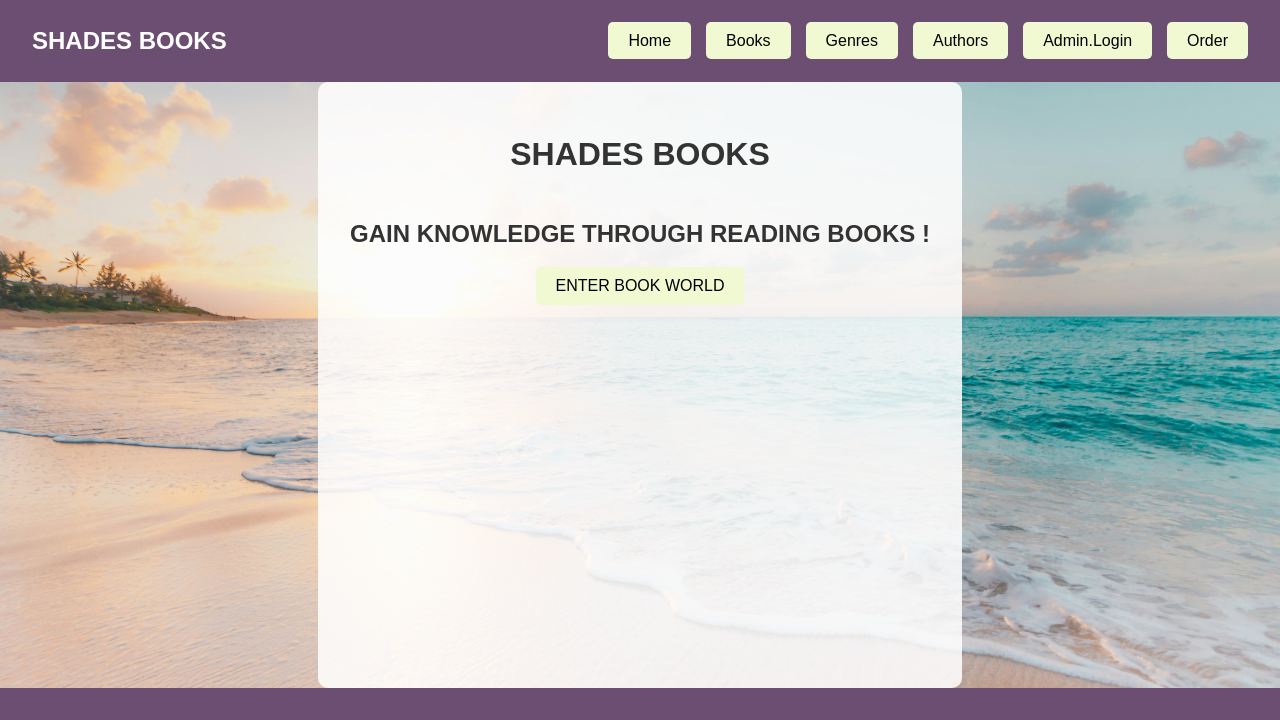
Repository: Harishsuresh-kumar/Library-Web
Page: WORK SITE/User.html
The author's editor kept a copy of each file at every save. The page is drawn from the files as they stood at one save, then again after a run of saves.
The browser window is 1280 px wide. The pictures show the whole page.

Above is the page before, as saved 2024-11-07 12:52:57.

After the next 2 saves:
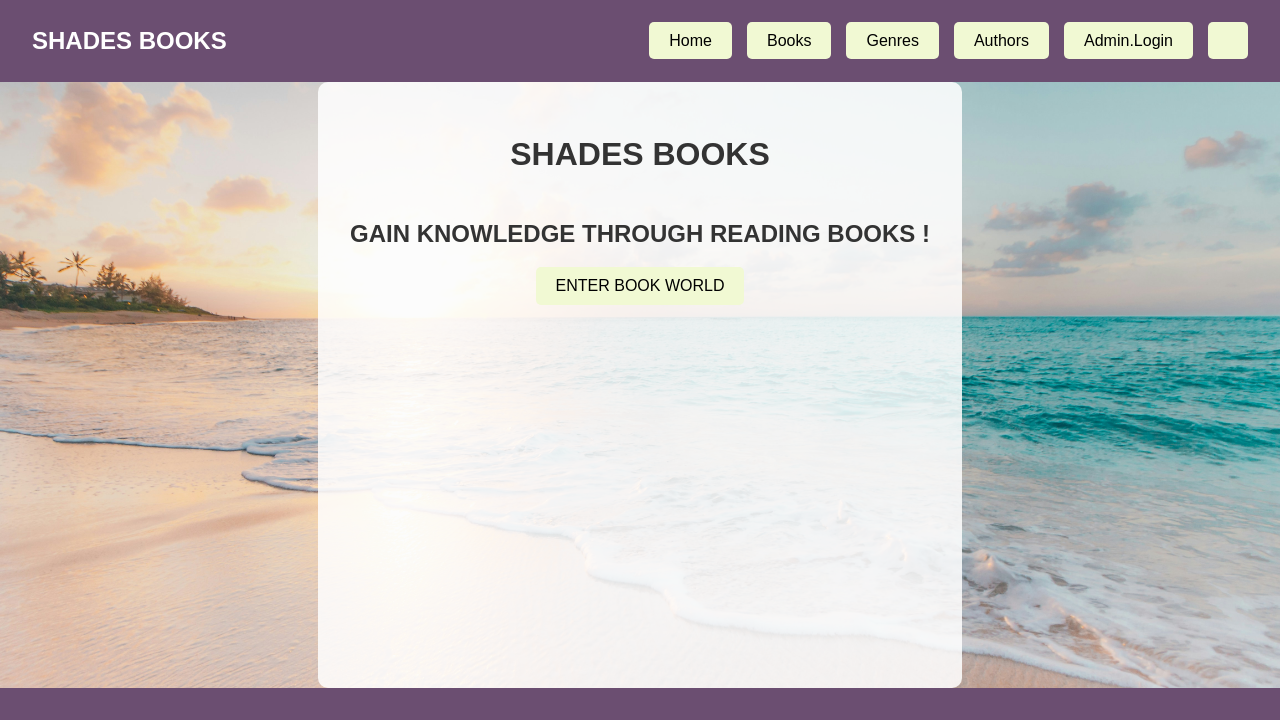
The 2 saves are shown as one change because they came seconds apart.
The last was saved 75 min 29 s later.
--- a/WORK SITE/User.html
+++ b/WORK SITE/User.html
@@ -19,7 +19,7 @@
                     <li><a href="genre.html" class="button">Genres</a></li>
                     <li><a href="Authors.html" class="button">Authors</a></li>
                     <li><a href="admin pass.html" class="button"> Admin.Login</a></li>
-                    <li><a href="Membership.html" class="button">Order</a></li>
+                    <li><a href="Membership.html" class="button"></a></li>
                 </ul>
             </nav>
         </header>
